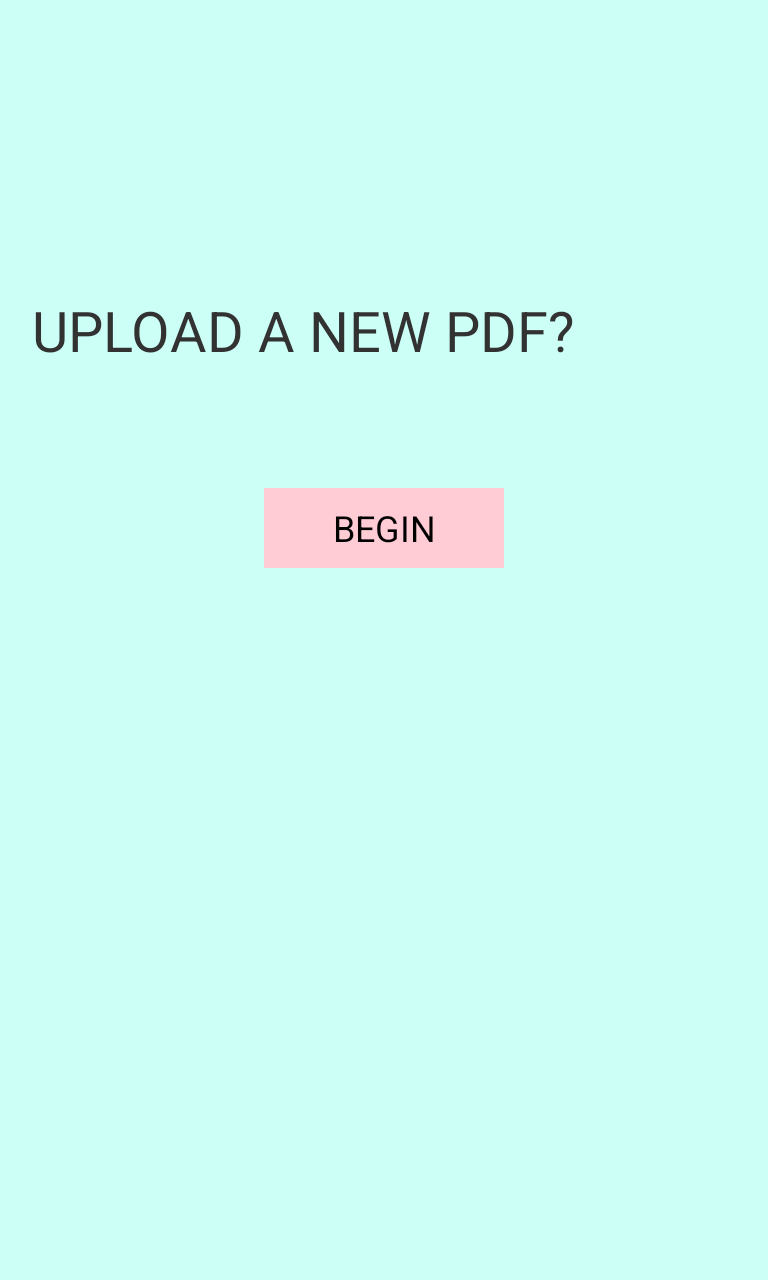
Repository: nick11roberts/Moka-Scanr
Layout: Document Uploader/res/layout/activity_preview.xml
The author's editor kept a copy of each file at every save. The layout is drawn from the files as they stood at one save, then again after the next save.
It is drawn on a 768 x 1280 px phone screen (xhdpi) without system bars, with theme android:Theme.Holo.Light.NoActionBar; the app's code is not run. The app's manifest (not shown) leaves right-to-left support off. So textAlignment, textDirection and layoutDirection are ignored, and left and right values win over start and end ones.

Above is the layout before, as saved 2014-05-31 00:05:57.

After the next save:
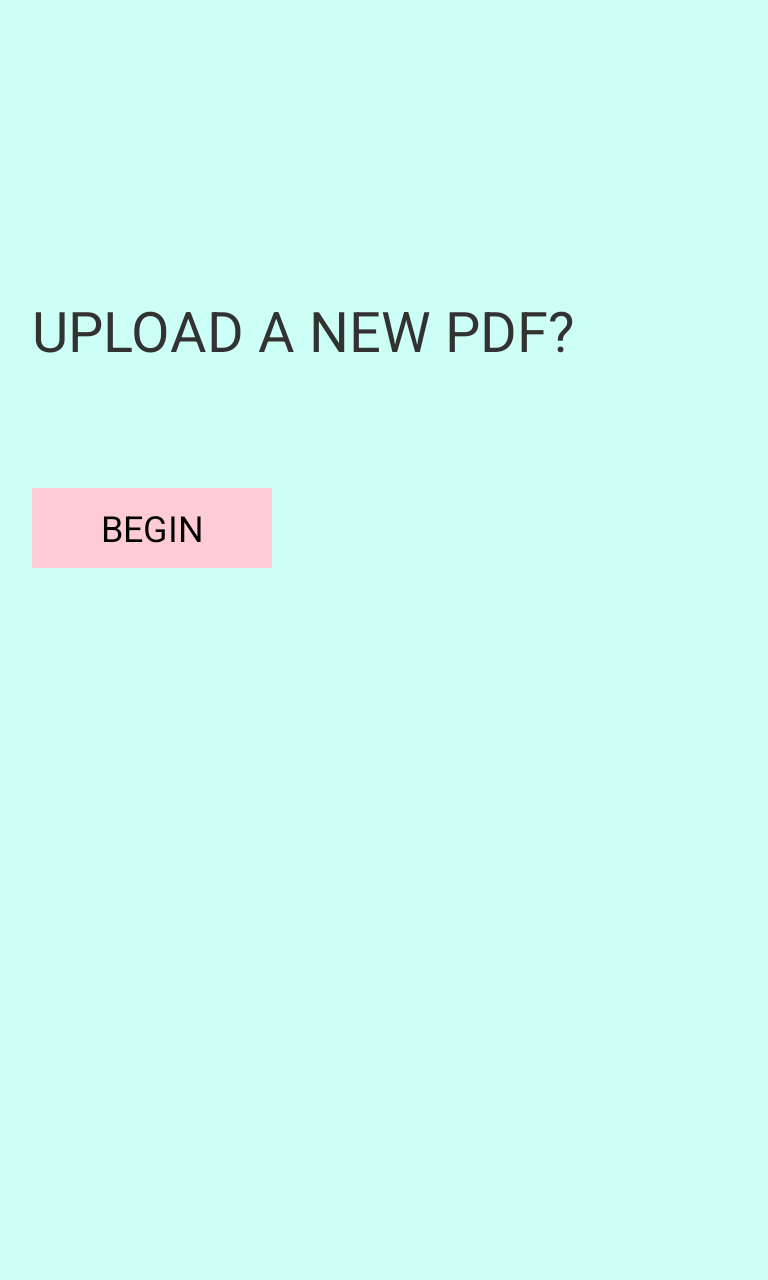
Saved 3 min 45 s later.
--- a/Document Uploader/res/layout/activity_preview.xml
+++ b/Document Uploader/res/layout/activity_preview.xml
@@ -22,12 +22,21 @@
         android:textAllCaps="true"
         android:textSize="28sp" />
 
-    <Button
-        android:id="@+id/mainButton"
-        android:layout_width="120dp"
-        android:layout_height="40dp"
-        android:background="@color/button_color"
-        android:text="@string/main_button_upload"
-        android:textAlignment="center" />
+    <LinearLayout
+        android:layout_width="match_parent"
+        android:layout_height="wrap_content"
+        android:orientation="horizontal" >
+
+
+
+        <Button
+            android:id="@+id/button1"
+            android:layout_width="120dp"
+            android:layout_height="40dp"
+            android:background="@color/button_color"
+            android:text="@string/main_button_upload"
+            android:textAlignment="center" />
+
+    </LinearLayout>
 
 </LinearLayout>
